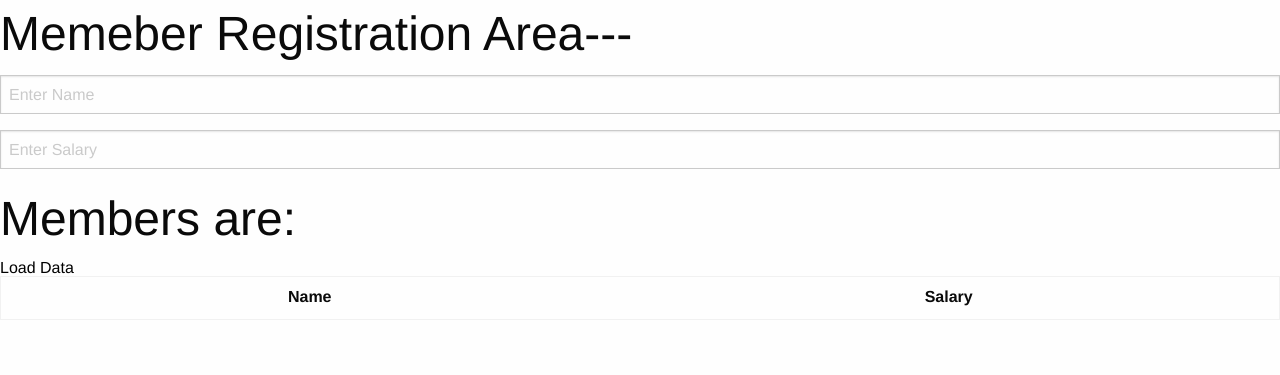
Repository: dhileepankruschev/spring-training
Page: http://localhost/Member/index.jsp
An editor plug-in stored every save of this project. The page is shown before and after the next save, followed by the edit.
The browser window is 1280 px wide. The pictures show the whole page.
Some web libraries are served in a nearby version. The page is served by Tomcat 9. Nobody is signed in. The application's start-up code is not run. Other server files are loaded and not shown.

Above is the page before, as saved 2016-06-29 05:09:01.

### Member/src/main/webapp/index.jsp

<!DOCTYPE html PUBLIC "-//W3C//DTD HTML 4.01 Transitional//EN" "http://www.w3.org/TR/html4/loose.dtd">
<html>
<head>
<meta http-equiv="Content-Type" content="text/html; charset=ISO-8859-1">
<title>Insert title here</title>
<link
	href="https://cdnjs.cloudflare.com/ajax/libs/foundation/6.2.3/foundation.css"
	rel="stylesheet" />
</head>
<body ng-app="myApp" ng-controller="myController">


<h1>Memeber Registration Area---</h1>
<input type=text ng-model="member.name" placeholder="Enter Name"/>
<input type=text ng-model="member.salary" placeholder="Enter Salary"/>
<button ng-click="addData()"></button>

	<h1>Members are:</h1>
	<button ng-click="loadData()">Load Data</button>
	<table>
		<tr>
			<th>Name</th>
			<th>Salary</th>
		</tr>

		<tr ng-repeat="member in members | orderBy:'name'">
			<td>{{member.name}}</td>
			<td>{{member.salary}}</td>
		</tr>

	</table>

	<script
		src="https://ajax.googleapis.com/ajax/libs/angularjs/1.5.7/angular.min.js
"></script>
	<script>
		var app = angular.module('myApp', []);

		app.controller('myController', function($scope, $http) {
			$scope.loadData = function() {
				$http({
					url : 'rest/findAll',
					method : 'GET'
				}).success(function(data) {
					console.log('Recieved something from the server')
					console.log(data);
					$scope.members = data;
				})
			};

			$scope.addData = function() {
				$http({
					url : 'rest/add',
					method : 'POST',
					data: $scope.member
				}).success(function(data) {
					console.log('Recieved something from the server')
					console.log(data);
					$scope.members = data;
				})
			};


		})
	</script>
</body>
</html>

After the next save:
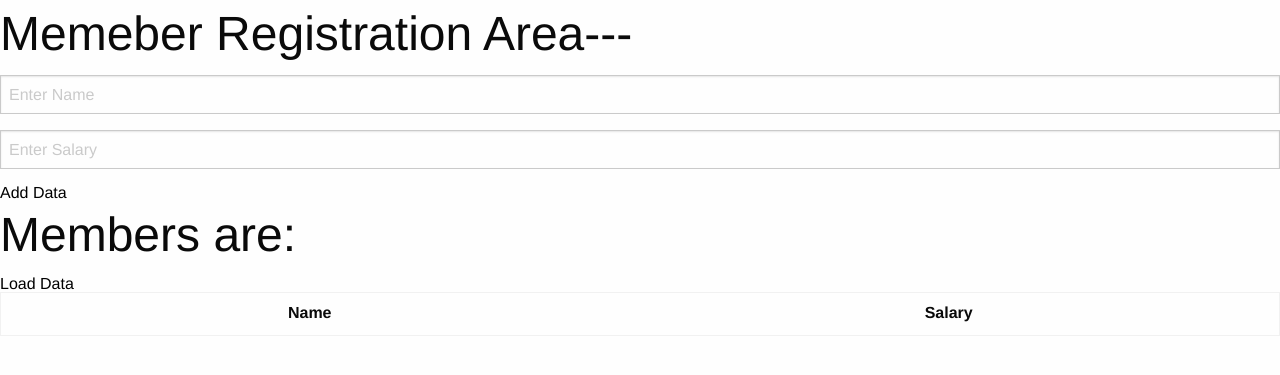
Saved 69 s later.
--- a/Member/src/main/webapp/index.jsp
+++ b/Member/src/main/webapp/index.jsp
@@ -14,8 +14,8 @@
 <h1>Memeber Registration Area---</h1>
 <input type=text ng-model="member.name" placeholder="Enter Name"/>
 <input type=text ng-model="member.salary" placeholder="Enter Salary"/>
-<button ng-click="addData()"></button>
-
+<button ng-click="addData()">Add Data</button>
+<br>
 	<h1>Members are:</h1>
 	<button ng-click="loadData()">Load Data</button>
 	<table>
